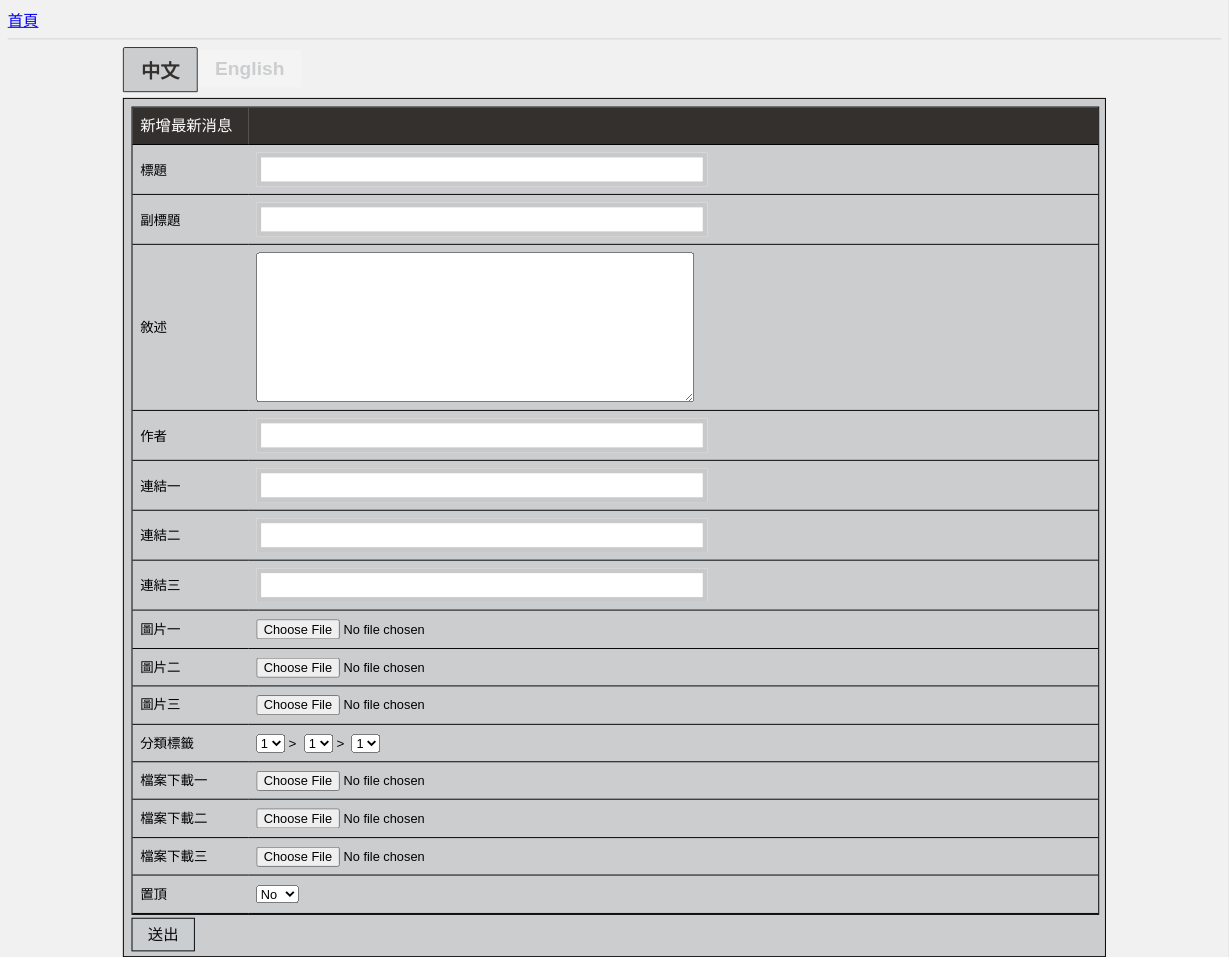
Repository: Naokiyuy/DigitalHum
Page: http://localhost/digital/backend/hotnews/hotnews-add.jsp
These files come from the project's save history. The page is drawn as it stood at one moment and after the next save; the edit follows.
The browser window is 1280 px wide. The pictures show the whole page, at 96% of full size.
Some web libraries are served in a nearby version. The page is served by Tomcat 9.

Above is the page before, as saved 2015-03-11 19:50:49.

After the next save:
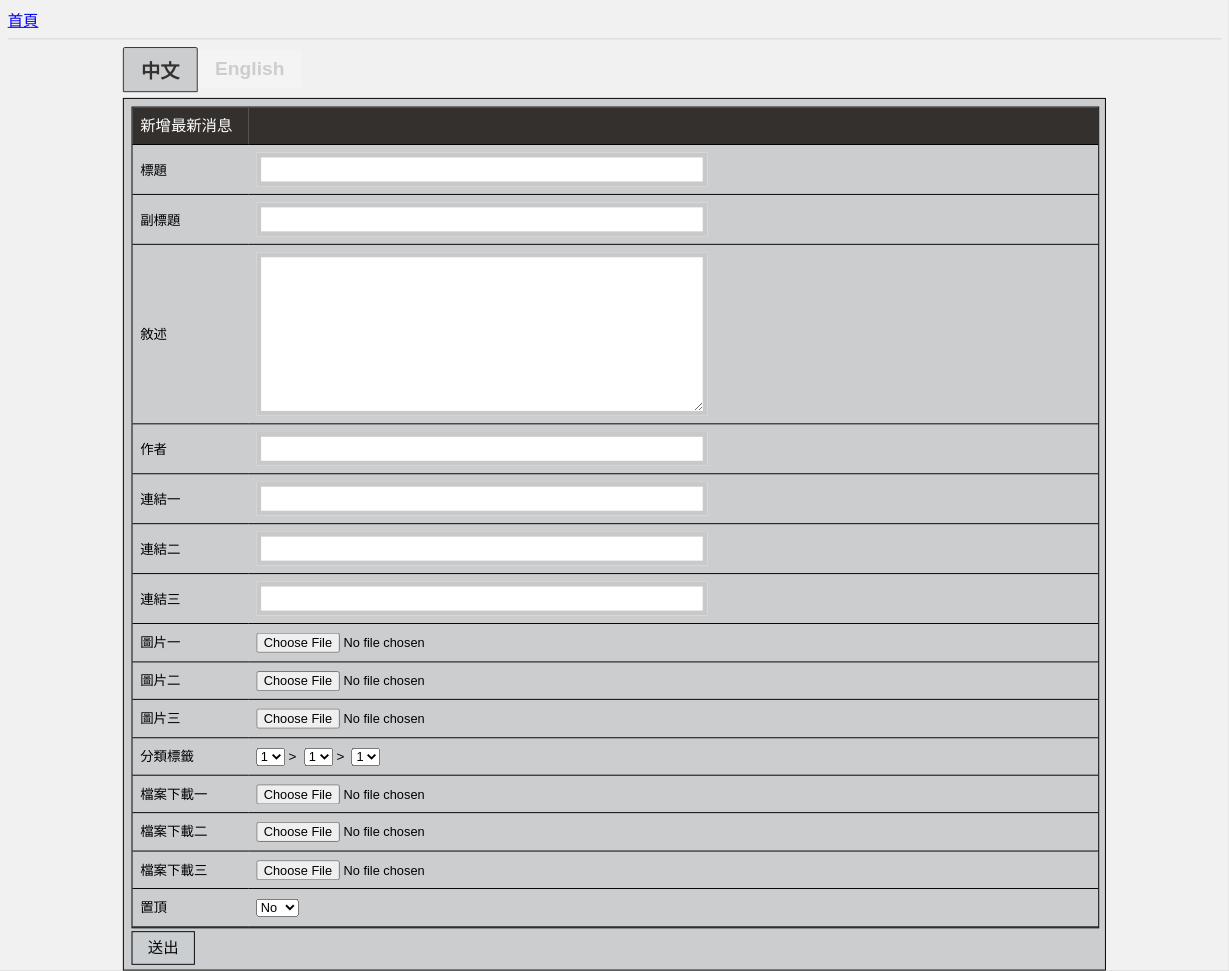
Saved 2 min 15 s later.
--- a/digital/src/main/webapp/backend/css/hotnews/add.css
+++ b/digital/src/main/webapp/backend/css/hotnews/add.css
@@ -143,6 +143,14 @@ body{
 textarea {
 	height:150px;
 	width:450px;
+	padding: 5px;
+  	border: solid 5px #c9c9c9;
+  	transition: border 0.3s;
+}
+
+textarea:focus {
+	border: solid 5px #969696;
+  	box-shadow: 0 0 5px 1px #969696;
 }
 
 input[type="text"] {
